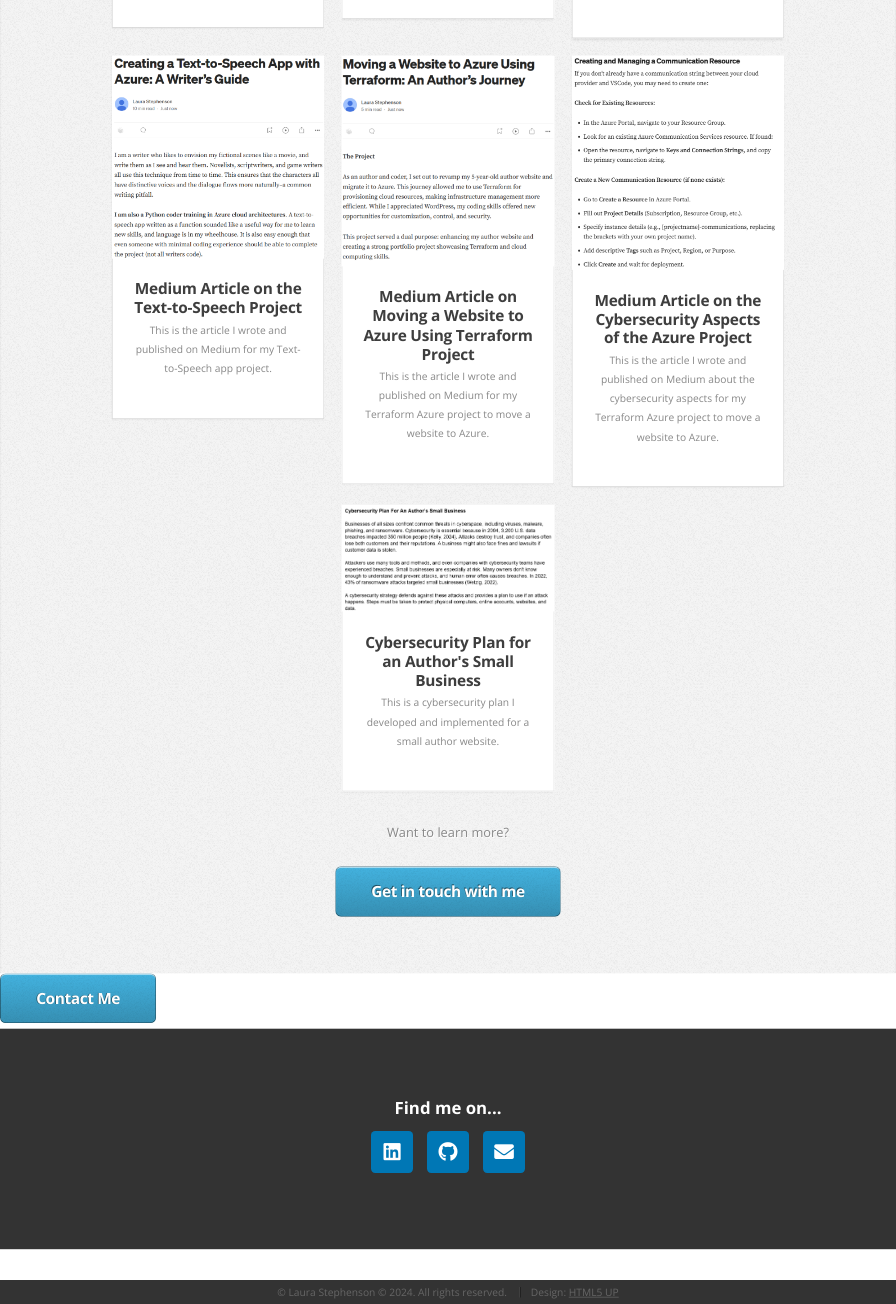
Repository: lauralstephenson/Portfolio_Personal
Page: index.html
These files come from the project's save history. The page is drawn as it stood at one moment and after a run of saves; the edit follows.
The browser window is 1280 px wide. The pictures show the part of the page from y = 3732 to 5652 px (the page is 5595 px tall before and 5652 px after), at 70% of full size.

Above is the page before, as saved 2026-07-20 12:19:51.

### index.html
<!DOCTYPE HTML>
<!--
	Miniport by HTML5 UP
	html5up.net | @ajlkn
	Free for personal and commercial use under the CCA 3.0 license (html5up.net/license)
-->

<html lang="en">
	<head>
		<title>Laura Stephenson Cloud Portfolio Webpage</title>
		<meta charset="utf-8">
		<meta name="viewport" content="width=device-width, initial-scale=1">
		<!-- Font Awesome -->
		<link rel="stylesheet" href="https://cdnjs.cloudflare.com/ajax/libs/font-awesome/5.15.4/css/all.min.css">
		<link rel="stylesheet" href="assets/css/main.css">
	</head>
	<body class="is-preload">

		<!-- Nav -->
			<nav id="nav">
				<ul class="container">
					<li><a href="#top">Top</a></li>
					<li><a href="#work">Work</a></li>
					<li><a href="#certifications">Certifications</a></li>
					<li><a href="#portfolio">Portfolio</a></li>
					<li><a href="#contact">Contact</a></li>
				</ul>
			</nav>

		<!-- Home -->
			<article id="top" class="wrapper style1">
				<div class="container">
					<div class="row">
						<div class="col-4 col-5-large col-12-medium">
							<span class="image fit"><img src="images/circle_cybersecurity_logo.png" alt="Circle with lock on cyber background"/></span>
						</div>
						<div class="col-8 col-7-large col-12-medium">
							<header>
								<h1>Hi. I'm <strong>Laura Stephenson.</strong></h1>
							</header>
							<p><strong>Cybersecurity analyst focused on cloud security, automation, and Python-based solutions.</strong></p>
							<a href="#work" class="button large scrolly">Learn about what I do</a>
						</div>
					</div>
				</div>
			</article>

		<!-- Work -->
			<article id="work" class="wrapper style2">
				<div class="container">
					<header>
						<h1>What I Do</h1>
					</header>
					<div class="row aln-center equal-height">
						<div class="col-4 col-6-medium col-12-small">
							<section class="box style1">
								<div class="box-content">
									<svg xmlns="http://www.w3.org/2000/svg" height="56" width="56" viewBox="0 0 512 512">
										<!--!Font Awesome Free 6.7.2 by @fontawesome - https://fontawesome.com License - https://fontawesome.com/license/free Copyright 2025 Fonticons, Inc.-->
										<path fill="#77797e" d="M256 0c4.6 0 9.2 1 13.4 2.9L457.7 82.8c22 9.3 38.4 31 38.3 57.2c-.5 99.2-41.3 280.7-213.6 363.2c-16.7 8-36.1 8-52.8 0C57.3 420.7 16.5 239.2 16 140c-.1-26.2 16.3-47.9 38.3-57.2L242.7 2.9C246.8 1 251.4 0 256 0z"/>
									</svg>
									<h3>Cyber Security</h3>
									<p>Analyze alerts, investigate network activity, and document findings in clear, structured reports using SOC workflows. Apply SIEM tools, packet analysis, and the MITRE ATT&CK framework to detect and respond to threats.</p>
								</div>
							</section>
						</div>
							<div class="col-4 col-6-medium col-12-small">
								<section class="box style1">
									<div class="box-content">
										<svg xmlns="http://www.w3.org/2000/svg"
										width="56" height="56"
										fill="currentColor"
										class="bi bi-cloud-arrow-up-fill"
										viewBox="0 0 16 16">
											<path d="M8 2a5.53 5.53 0 0 0-3.594 1.342c-.766.66-1.321 1.52-1.464 2.383C1.266 6.095 0 7.555 0 9.318 0 11.366 1.708 13 3.781 13h8.906C14.502 13 16 11.57 16 9.773c0-1.636-1.242-2.969-2.834-3.194C12.923 3.999 10.69 2 8 2m2.354 5.146a.5.5 0 0 1-.708.708L8.5 6.707V10.5a.5.5 0 0 1-1 0V6.707L6.354 7.854a.5.5 0 1 1-.708-.708l2-2a.5.5 0 0 1 .708 0z"/>
										</svg>
										<h3>Cloud Computing</h3>
										<p>Design and maintain secure cloud environments in Azure and AWS, with and without Terraform.</p>
									</div>
								</section>
						</div>
						<div class="col-4 col-6-medium col-12-small">
							<section class="box style1">
								<div class="box-content">
									<svg xmlns="http://www.w3.org/2000/svg" height="56" width="56" viewBox="0 0 576 512">
										<!--!Font Awesome Free 6.7.2 by @fontawesome - https://fontawesome.com License - https://fontawesome.com/license/free Copyright 2025 Fonticons, Inc.-->
										<path fill="#6f7276" d="M248 106.6c18.9-9 32-28.3 32-50.6c0-30.9-25.1-56-56-56s-56 25.1-56 56c0 22.3 13.1 41.6 32 50.6l0 98.8c-2.8 1.3-5.5 2.9-8 4.7l-80.1-45.8c1.6-20.8-8.6-41.6-27.9-52.8C57.2 96 23 105.2 7.5 132S1.2 193 28 208.5c1.3 .8 2.6 1.5 4 2.1l0 90.8c-1.3 .6-2.7 1.3-4 2.1C1.2 319-8 353.2 7.5 380S57.2 416 84 400.5c19.3-11.1 29.4-32 27.8-52.8l50.5-28.9c-11.5-11.2-19.9-25.6-23.8-41.7L88 306.1c-2.6-1.8-5.2-3.3-8-4.7l0-90.8c2.8-1.3 5.5-2.9 8-4.7l80.1 45.8c-.1 1.4-.2 2.8-.2 4.3c0 22.3 13.1 41.6 32 50.6l0 98.8c-18.9 9-32 28.3-32 50.6c0 30.9 25.1 56 56 56c30.7 0 55.6-24.7 56-55.2c-7.5-12.9-13.5-26.8-17.6-41.5c-4.2-4-9.1-7.3-14.4-9.9l0-98.8c2.8-1.3 5.5-2.9 8-4.7l10.5 6c5.5-15.3 13.1-29.5 22.4-42.5l-9.1-5.2c.1-1.4 .2-2.8 .2-4.3c0-22.3-13.1-41.6-32-50.6l0-98.8zM440.5 132C425 105.2 390.8 96 364 111.5c-19.3 11.1-29.4 32-27.8 52.8l-50.6 28.9c11.5 11.2 19.9 25.6 23.8 41.7L360 205.9c.4 .3 .8 .6 1.3 .9c21.7-9.5 45.6-14.8 70.8-14.8c2 0 4 0 5.9 .1c12.1-17.3 13.8-40.6 2.6-60.1zM432 512a144 144 0 1 0 0-288 144 144 0 1 0 0 288zm47.9-225c4.3 3.7 5.4 9.9 2.6 14.9L452.4 356l35.6 0c5.2 0 9.8 3.3 11.4 8.2s-.1 10.3-4.2 13.4l-96 72c-4.5 3.4-10.8 3.2-15.1-.6s-5.4-9.9-2.6-14.9L411.6 380 376 380c-5.2 0-9.8-3.3-11.4-8.2s.1-10.3 4.2-13.4l96-72c4.5-3.4 10.8-3.2 15.1 .6z"/>
									</svg>
									<h3>Artificial Intelligence</h3>
									<p>Apply prompt engineering techniques to use AI tools for analysis, automation, and investigation support. Use APIs and structured prompting to extract insights, assist workflows, and improve efficiency in security and cloud environments.</p>
								</div>
							</section>
						</div>
					</div>
					<footer>
						<p>Want to see what I can do?</p>
						<a href="#portfolio" class="button large scrolly">See some of my recent work</a>
					</footer>
				</div>
			</article>

		<!-- Certifications -->
			<article id="certifications" class="wrapper style3">
				<div class="container">
					<header>
						<h1>Certifications</h1>
					</header>
					<div class="row aln-center equal-height">
					<div class="col-4 col-6-medium col-12-small">
							<article class="box style2">
								<div class="box-content">
									<a href="images/AKYLADE_AISF_Certification.pdf" class="image featured"><img src="images/AISF_Logo.png" alt="AISF Logo" /></a>
									<h3><a href="images/AKYLADE_AISF_Certification.pdf">AKYLADE A/AISF Certificate</a></h3>
									<p>Certification covering AI concepts, AI risk management, AI trustworthiness, and the NIST AI Risk Management Framework (AI RMF).</p>
								</div>
							</article>
						</div>
					<div class="col-4 col-6-medium col-12-small">
							<article class="box style2">
								<div class="box-content">
									<a href="images/CompTIA_Security+_ce_certificate.pdf" class="image featured"><img src="images/SecurityPlus_Logo_ Certified_CE.png" alt="CompTIA SecurityPlus Logo" /></a>
									<h3><a href="images/CompTIA_Security+_ce_certificate.pdf">CompTIA Security+</a></h3>
									<p>Industry-recognized cybersecurity certification covering network security, threat detection, risk management, identity management, and security operations.</p>
								</div>
							</article>
						</div>
					<div class="col-4 col-6-medium col-12-small">
							<article class="box style2">
								<div class="box-content">
									<a href="images/PSAA_Certificate.pdf" class="image featured"><img src="images/PSAA_Logo.png" alt="PSAA Logo" /></a>
									<h3><a href="images/PSAA_Certificate.pdf">PSAA Certificate</a></h3>
									<p>Hands-on SOC analyst certification focused on threat detection, log analysis, incident investigation, network traffic analysis, and real-world security operations workflows.</p>
								</div>
							</article>
						</div>
						<div class="col-4 col-6-medium col-12-small">
							<article class="box style2">
								<div class="box-content">
									<a href="images/Azure_Fundamentals_Certificate_LauraStephenson.pdf" class="image featured">
										<img src="images/Microsoft_Certified_Fundamentals.png"
											alt="Microsoft Azure Fundamentals Badge" />
									</a>

									<h3>
										<a href="images/Azure_Fundamentals_Certificate_LauraStephenson.pdf">
											Microsoft Azure Fundamentals
										</a>
									</h3>

									<p>Microsoft certification covering cloud concepts, Azure services, pricing, governance, security, and foundational cloud architecture principles.</p>
								</div>
							</article>
						</div>
					<div class="col-4 col-6-medium col-12-small">
							<article class="box style2">
								<div class="box-content">
									<a href="images/AWS_Solutions_Architect_Certificate.pdf" class="image featured"><img src="images/AWS_Solutions_Architect_Badge.png" alt="Solutions Architect Associate Badge" /></a>
									<h3><a href="images/AWS_Solutions_Architect_Certificate.pdf">AWS Solutions Architect-Associate</a></h3>
									<p>AWS certification focused on designing secure, scalable, and resilient cloud architectures using core AWS networking, storage, compute, and security services.</p>
								</div>
							</article>
						</div>
					<div class="col-4 col-6-medium col-12-small">
							<article class="box style2">
								<div class="box-content">
									<a href="images/CompTIA_CloudPlus_Certificate.pdf" class="image featured"><img src="images/CompTIA_CloudPlus_Logo.png" alt="CompTIA CloudPlus Logo
										" /></a>
									<h3><a href="images/CompTIA_CloudPlus_Certificate.pdf">CompTIA Cloud+</a></h3>
									<p>Cloud infrastructure certification covering cloud deployment, virtualization, networking, automation, troubleshooting, and secure cloud operations.</p>
									<p><strong>CompTIA Secure Cloud Professional (CSCP)</strong><br>
									CompTIA stackable certification recognizing combined cloud and cybersecurity expertise.</p>
								</div>
							</article>
						</div>
					</div>
				</div>
			</article>

		<!-- Portfolio -->
			<article id="portfolio" class="wrapper style3">
				<div class="container">
					<header>
						<h1>Featured Projects</h1>
					</header>
					<div class="row aln-center equal-height">
						<div class="col-4 col-6-medium col-12-small">
							<article class="box style2">
								<div class="box-content">
									<a href="https://github.com/lauralstephenson/soc_analysis_labs" class="image featured"><img src="images/soc_project.png" alt="SOC Investigation Project" /></a>
									<h3><a href="https://github.com/lauralstephenson/soc_analysis_labs">SOC Investigation & Threat Analysis</a></h3>
									<p>Analyzed network traffic, logs, and alerts using tools such as Wireshark, Zeek, and Suricata. Investigated suspicious activity, mapped behaviors to the MITRE ATT&CK framework, and documented findings in structured incident reports.</p>
								</div>
							</article>
						</div>
						<div class="col-4 col-6-medium col-12-small">
							<article class="box style2">
								<div class="box-content">
									<a href="https://github.com/lauralstephenson/pseudocode_terraform_examples_for_website" class="image featured"><img src="images/terraform_portfolio_pic.png" alt="" /></a>
									<h3><a href="https://github.com/lauralstephenson/pseudocode_terraform_examples_for_website">Terraform project</a></h3>
									<p>Designed and implemented a Terraform-based cloud architecture on Azure, including containerization, secure secret management with Key Vault, and automated workflows for subscriber management and email handling.</p>
									</p>
								</div>
							</article>
						</div>
						<div class="col-4 col-6-medium col-12-small">
							<article class="box style2">
								<div class="box-content">
									<a href="https://github.com/lauralstephenson/cloud_py_portfolio/tree/main/Text_to_Speech" class="image featured"><img src="images\screenshot_text_to_speech_app.png" alt="" /></a>
									<h3><a href="https://github.com/lauralstephenson/cloud_py_portfolio/tree/main/Text_to_Speech">Text to Speech App</a></h3>
									<p>This app uses Azure's text-to-speech to help authors
										hear the voices of their characters and to catch errors
										by listening to their work.
									</p>
								</div>
							</article>
						</div>
						<div class="col-4 col-6-medium col-12-small">
							<article class="box style2">
								<div class="box-content">
									<a href="https://medium.com/@lstephenson556/creating-a-text-to-speech-app-with-azure-a-writers-guide-46cbf42556f0" class="image featured"><img src="images\screenshot_medium_text_to_speech_article.png" alt="" /></a>
									<h3><a href="https://medium.com/@lstephenson556/creating-a-text-to-speech-app-with-azure-a-writers-guide-46cbf42556f0">Medium Article on the Text-to-Speech Project</a></h3>
									<p>This is the article I wrote and published on Medium for my Text-to-Speech app project.</p>
								</div>
							</article>
						</div>
						<div class="col-4 col-6-medium col-12-small">
							<article class="box style2">
								<div class="box-content">
									<a href="https://medium.com/@lstephenson556/moving-a-website-to-azure-using-terraform-an-authors-journey-1ab68dd8db76"
									class="image featured"><img src="images/screenshot_medium_terraform_azure_article.png" alt="" /></a>
									<h3><a href="https://medium.com/@lstephenson556/moving-a-website-to-azure-using-terraform-an-authors-journey-1ab68dd8db76">Medium Article on Moving a Website to Azure Using Terraform Project</a></h3>
									<p>This is the article I wrote and published on Medium for my Terraform Azure project to move a website to Azure.</p>
								</div>
							</article>
						</div>
						<div class="col-4 col-6-medium col-12-small">
							<article class="box style2">
								<div class="box-content">
									<a href="https://medium.com/@lstephenson556/cybersecurity-aspects-of-creating-an-author-website-with-terraform-12f4682b89b7"
									class="image featured"><img src="images/cybersecurity_plan_medium.png" alt="Segment of Medium article about a cybersecurity plan" /></a>
									<h3><a href="https://medium.com/@lstephenson556/cybersecurity-aspects-of-creating-an-author-website-with-terraform-12f4682b89b7">Medium Article on the Cybersecurity Aspects of the Azure Project</a></h3>
									<p>This is the article I wrote and published on Medium about the cybersecurity aspects for my Terraform Azure project to move a website to Azure.</p>
								</div>
							</article>
						</div>
						<div class="col-4 col-6-medium col-12-small">
							<article class="box style2">
								<div class="box-content">
									<a href="images/Cybersecurity Plan For A Small Author Business Article.pdf"
									class="image featured"><img src="images/cybersecurity_plan.png" alt="Snap of Cybersecurity Plan" /></a>
									<h3><a href="images/Cybersecurity Plan For A Small Author Business Article.pdf">Cybersecurity Plan for an Author's Small Business</a></h3>
									<p>This is a cybersecurity plan I developed and implemented for a small author website.</p>
								</div>
							</article>
						</div>
					</div>
					<footer>
						<p>Want to learn more?</p>
						<a href="mailto:laurastephensoncareer@gmail.com" class="button large scrolly">Get in touch with me</a>
					</footer>
				</div>
			</article>

		<!--Contact-->
			<a href="mailto:laurastephensoncareer@gmail.com" class="button large">
    		Contact Me
			</a>

		<!-- Contact
			<article id="contact" class="wrapper style4">
				<div class="container medium">
					<header>
						<h2>Let me build for you.</h2>
						<p>Contact me.</p>
					</header>
					<div class="row">
						<div class="col-12">
							<form method="post" action="https://<your-function-app-name>.azurewebsites.net/api/send-email">
								<div class="row">
									<div class="col-6 col-12-small">
										<input type="text" name="name" id="name" placeholder="Name" />
									</div>
									<div class="col-6 col-12-small">
										<input type="text" name="email" id="email" placeholder="Email" />
									</div>
									<div class="col-12">
										<input type="text" name="subject" id="subject" placeholder="Subject" />
									</div>
									<div class="col-12">
										<textarea name="message" id="message" placeholder="Message"></textarea>
									</div>
									<div class="col-12">
										<ul class="actions">
											<li><input type="submit" value="Send Message" /></li>
											<li><input type="reset" value="Clear Form" class="alt" /></li>
										</ul>
									</div>
								</div>
							</form>
						</div -->

						<div class="col-12 center-content footer-custom">
							<hr />
							<p class="find-me-on">Find me on...</p>
							<div class="footer-custom">
								<ul class="social">
									<li><a href="https://www.linkedin.com/in/laurastephenson82/">
										<i class="fab fa-linkedin"></i></a></li>
									<li><a href="https://github.com/lauralstephenson/">
										<i class="fab fa-github"></i></a></li>
									<li><a href="mailto:laurastephensoncareer@gmail.com">
										<i class="fas fa-envelope"></i></a></li>
								</ul>
							</div>
							<hr />
						</div>



						<footer>
							<div class="footer-custom">
								<ul id="copyright">
									<li>&copy; Laura Stephenson © 2024. All rights reserved.</li>
									<li>Design: <a href="http://html5up.net">HTML5 UP</a></li>
								</ul>
						</footer>

			<!--
								<li><a href="#" class="icon brands fa-twitter"><span class="label">Twitter</span></a></li>
								<li><a href="#" class="icon brands fa-tumblr"><span class="label">Tumblr</span></a></li>
								<li><a href="#" class="icon solid fa-rss"><span>RSS</span></a></li>
								<li><a href="#" class="icon brands fa-instagram"><span>Instagram</span></a></li>
								<li><a href="#" class="icon brands fa-foursquare"><span>Foursquare</span></a></li>
								<li><a href="#" class="icon brands fa-skype"><span>Skype</span></a></li>
								<li><a href="#" class="icon brands fa-soundcloud"><span>Soundcloud</span></a></li>
								<li><a href="#" class="icon brands fa-youtube"><span>YouTube</span></a></li>
								<li><a href="#" class="icon brands fa-blogger"><span>Blogger</span></a></li>
								<li><a href="#" class="icon brands fa-flickr"><span>Flickr</span></a></li>
								<li><a href="#" class="icon brands fa-vimeo"><span>Vimeo</span></a></li>
								-->

		<!-- Scripts -->
			<script src="assets/js/jquery.min.js"></script>
			<script src="assets/js/jquery.scrolly.min.js"></script>
			<script src="assets/js/browser.min.js"></script>
			<script src="assets/js/breakpoints.min.js"></script>
			<script src="assets/js/util.js"></script>
			<script src="assets/js/main.js"></script>

	</body>
</html>

Loaded but not shown: assets/js/jquery.min.js (library); assets/js/jquery.scrolly.min.js (common file); assets/js/browser.min.js (common file); assets/js/breakpoints.min.js (common file); assets/js/util.js (587 lines, source omitted); assets/js/main.js (34 lines, source omitted); assets/css/main.css (2549 lines, source omitted)

After the next 8 saves:
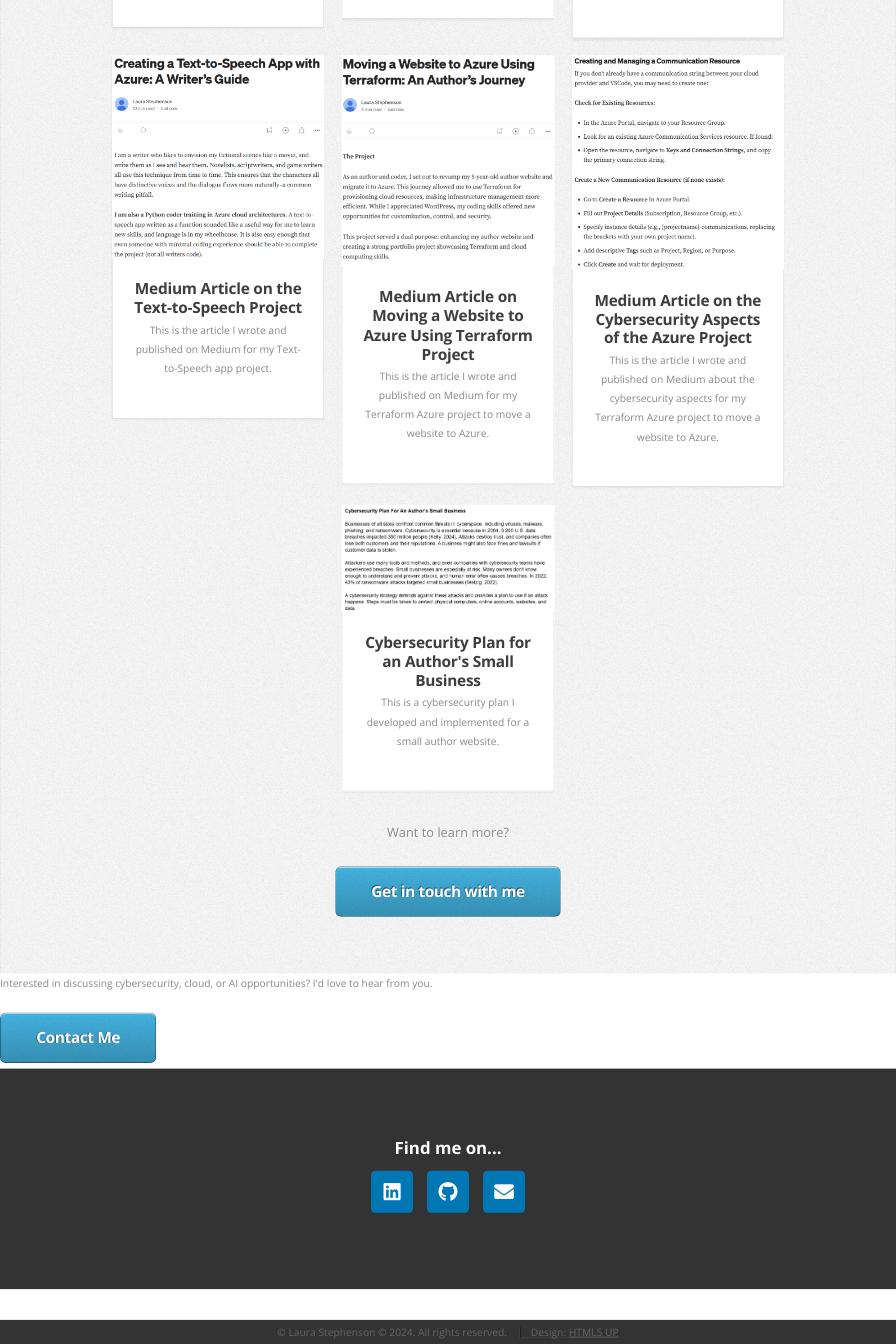
The 8 saves are shown as one change because they came seconds apart.
The last was saved 41 s later.
--- a/index.html
+++ b/index.html
@@ -262,6 +262,7 @@
 			</article>
 
 		<!--Contact-->
+			<p>Interested in discussing cybersecurity, cloud, or AI opportunities? I'd love to hear from you.</p>
 			<a href="mailto:laurastephensoncareer@gmail.com" class="button large">
     		Contact Me
 			</a>
